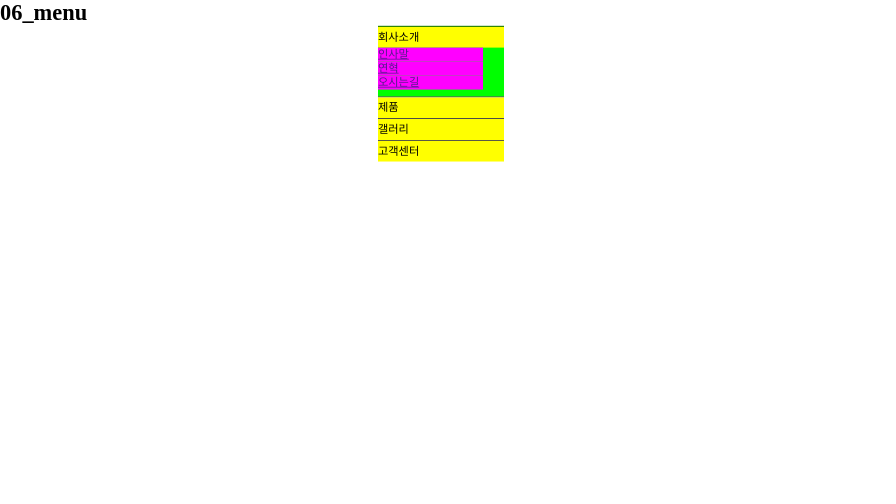
Repository: psun2/Korea-IT-Academy
Page: (back up) _ 오전/study_a/web_work/scriptProj/WebContent/dom/06_menu.html
An editor plug-in stored every save of this project. The page is shown before and after the next save, followed by the edit.
The browser window is 1280 px wide. The pictures show the part of the page from y = 0 to 1920 px (the page is 720 px tall before and 90231 px after), at 70% of full size.
After loading, the first visible `li.mm` was clicked once.

Above is the page before, as saved 2020-08-06 04:53:43.

### (back up) _ 오전/study_a/web_work/scriptProj/WebContent/dom/06_menu.html
<!DOCTYPE html>
<html>
<head>
<meta charset="UTF-8">
<title>06_menu</title>
<style>
*{
	margin:0;
	padding:0;
}

.main{
	width:200px;
	margin:0 auto;
}
li{
	list-style: none;
}

.main > li{
	width:180px;
	height: 30px;
	background: #0f0;
	overflow: hidden;
	border-top: 1px solid #000;
}
.main > li > div{
	width:180px;
	height: 30px;
	background: #ff0;
	line-height: 30px;
}

.main > li > ul{
	width:150px;
	height: 60px;
}
.main > li > ul > li{
	width:150px;
	height: 20px;
	background: #f0f;
	line-height: 20px;
}

</style>
<script>
window.onload=function(){

	function ccChange(ee){
		var cc = eval(ee.getAttribute('cc'))

		ee.setAttribute('cc',(cc+1)%2)
		//console.log(cc)
		return cc
	}

	function mmClk(){
		ccChange(this)
		//console.log(this)
		this.style.height='100px'
	}

	var mm = document.getElementsByClassName("mm");

	for (var i = 0; i < mm.length; i++) {
		mm[i].onclick = mmClk
	}


}



</script>



</head>
<body>
<h1>06_menu</h1>

<ul class="main">

	<li class="mm" cc=0>
		<div>회사소개</div>
		<ul>

			<li><a href="">인사말</a></li>
			<li><a href="">연혁</a></li>
			<li><a href="">오시는길</a></li>
		</ul>
	</li>
	<li class="mm" cc=0>
		<div>제품</div>
		<ul>

			<li><a href="">TV</a></li>
			<li><a href="">핸드폰</a></li>
			<li><a href="">냉장고</a></li>
		</ul>
	</li>
	<li class="mm" cc=0>
		<div>갤러리</div>
		<ul>

			<li><a href="">봄</a></li>
			<li><a href="">여름</a></li>
			<li><a href=""></a></li>
		</ul>
	</li>
	<li class="mm" cc=0>
		<div>고객센터</div>
		<ul>

			<li><a href="">공지사항</a></li>
			<li><a href="">FnQ</a></li>
			<li><a href="">QnA</a></li>
		</ul>
	</li>
</ul>
</body>
</html>

After the next save:
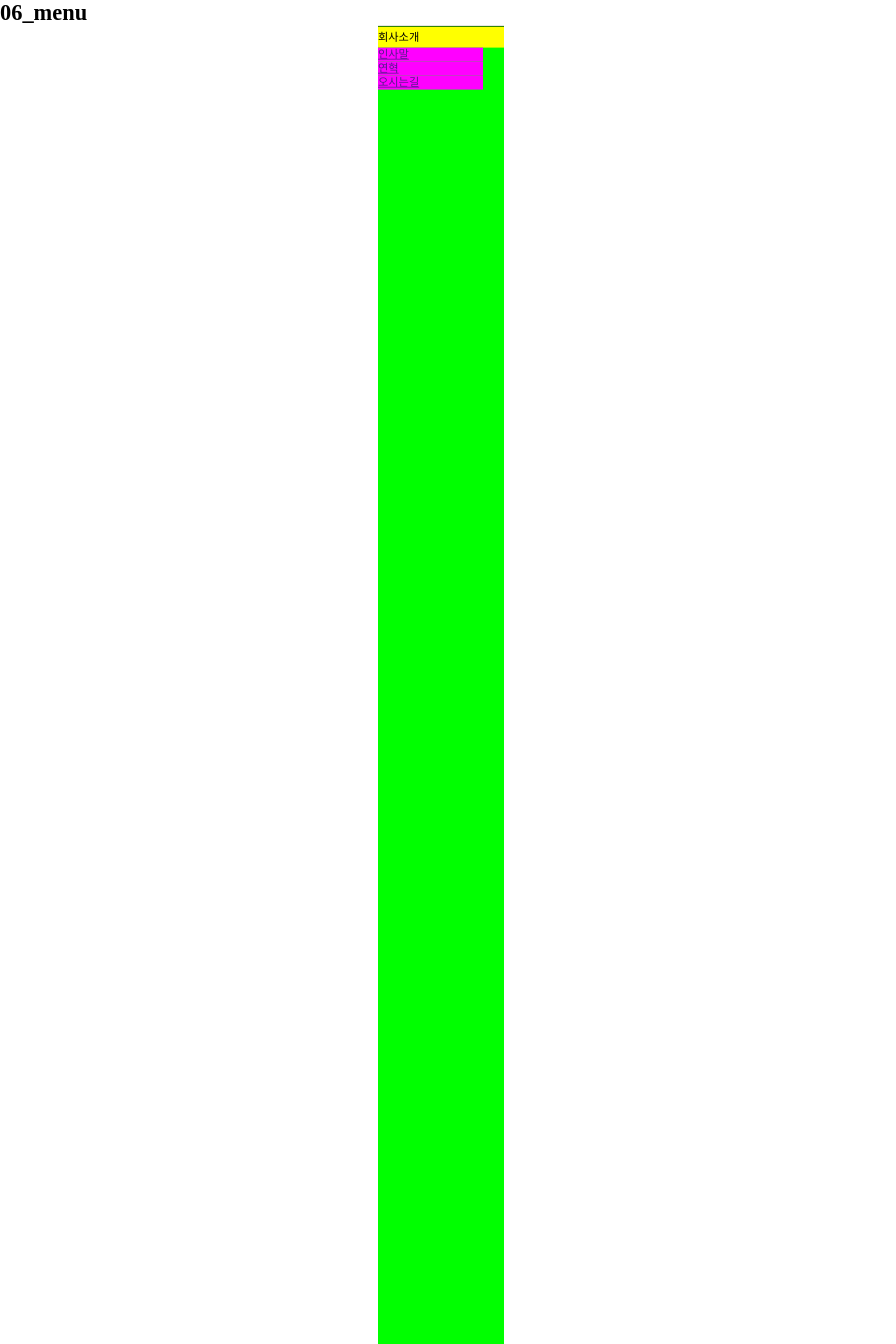
Saved 98 s later.
--- a/(back up) _ 오전/study_a/web_work/scriptProj/WebContent/dom/06_menu.html
+++ b/(back up) _ 오전/study_a/web_work/scriptProj/WebContent/dom/06_menu.html
@@ -55,9 +55,12 @@ window.onload=function(){
 	}
 
 	function mmClk(){
-		ccChange(this)
+
 		//console.log(this)
-		this.style.height='100px'
+
+
+
+		this.style.height=[90,30][ccChange(this)]+'100px'
 	}
 
 	var mm = document.getElementsByClassName("mm");
